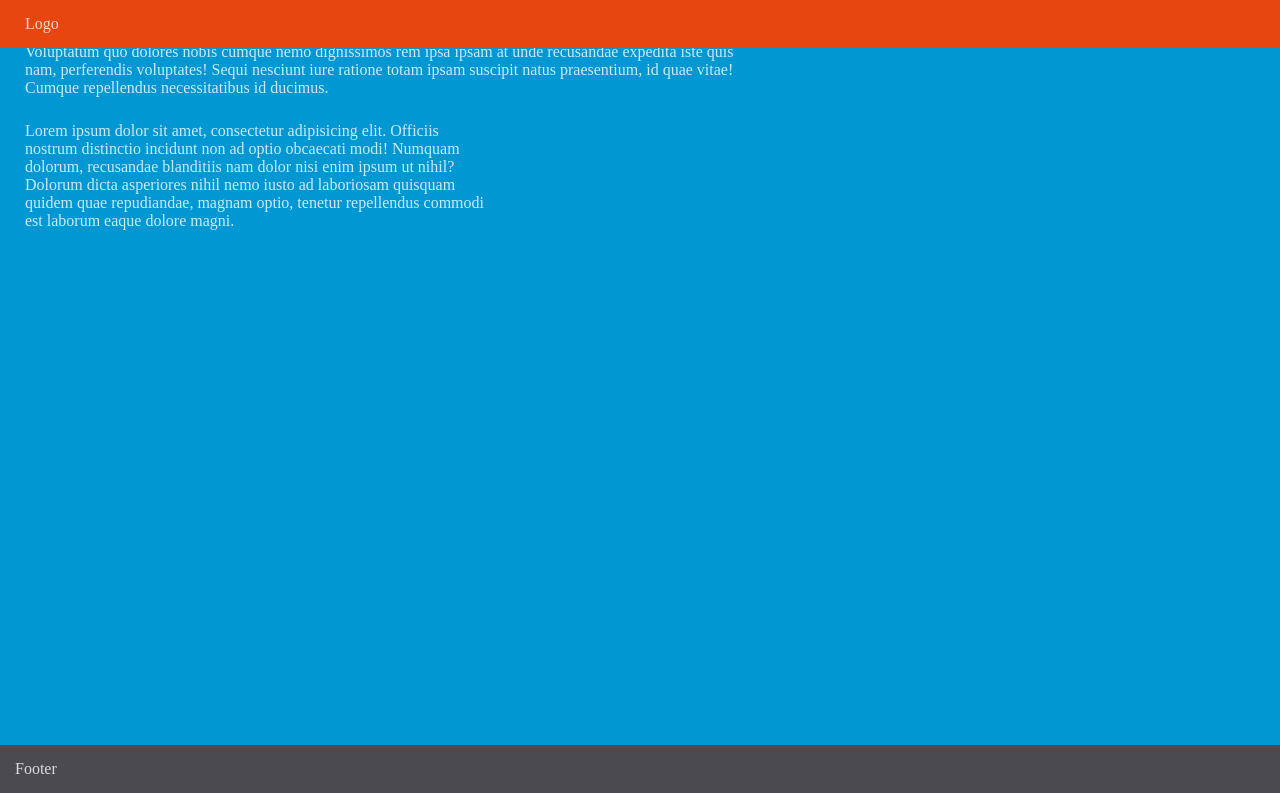
Repository: nitr-am/my-first-responsive-web-design
Page: index.html
The author's editor kept a record of every edit. The page is drawn from the files as they stood at one moment, then again after the next edit.
The browser window is 1280 px wide. The pictures show the whole page.

Above is the page before.

### index.html
<!DOCTYPE html>
<html lang="en">
<head>
    <meta charset="UTF-8">
    <meta name="viewport" content="width=device-width, initial-scale=1.0">
    <meta http-equiv="X-UA-Compatible" content="ie=edge">
    <title>Document</title>
    <link rel="stylesheet" href="main.css" type="text/css" />
</head>
<body>
  <main class="main">
    <header class="header">
        <div class="logo">Logo</div>
    </header>

    <section class="section">
        <article class="article column-60">
            <p class="section-paragraph">
                Lorem ipsum dolor sit amet, consectetur adipisicing elit. Quia, blanditiis soluta labore maxime fugiat. Voluptatum quo dolores nobis cumque nemo dignissimos rem ipsa ipsam at unde recusandae expedita iste quis nam, perferendis voluptates! Sequi nesciunt iure ratione totam ipsam suscipit natus praesentium, id quae vitae! Cumque repellendus necessitatibus id ducimus.
            </p>
        </article>
        <aside class="aside column-40">
            <p class="section-paragraph">
                Lorem ipsum dolor sit amet, consectetur adipisicing elit. Officiis nostrum distinctio incidunt non ad optio obcaecati modi! Numquam dolorum, recusandae blanditiis nam dolor nisi enim ipsum ut nihil? Dolorum dicta asperiores nihil nemo iusto ad laboriosam quisquam quidem quae repudiandae, magnam optio, tenetur repellendus commodi est laborum eaque dolore magni.
            </p>
        </aside>
    </section>

    <footer class="footer">
        Footer
    </footer>
  </main>
</body>
</html>

### main.css
body, html {
    height:100%;
    margin:0;
    color: rgba(255,255,255, .8);
}
.header {
    position: fixed;
    top:0;
    left:0;
    right:0;
    background-color: #e84610;
    padding:15px 25px;
}

.main {
    height:100%;
}
.section {
    background-color: #0097d3;
    height: 100%;
}
.vcenter {
    position: relative;
    top: 50%;
    margin:10px;
    transform: translateY(-50%);
}

.section-paragraph {
    font-size: 1em;
    margin: 25px;
}

.footer {
    background-color: #4a4a4f;
    padding: 15px;
}

@media (min-width: 768px) {
    .column {
        float: left;
    }

    .column-60 {
        width: 60%;
    }
    .column-40 {
        width: 40%;
    }
}

After the next edit:
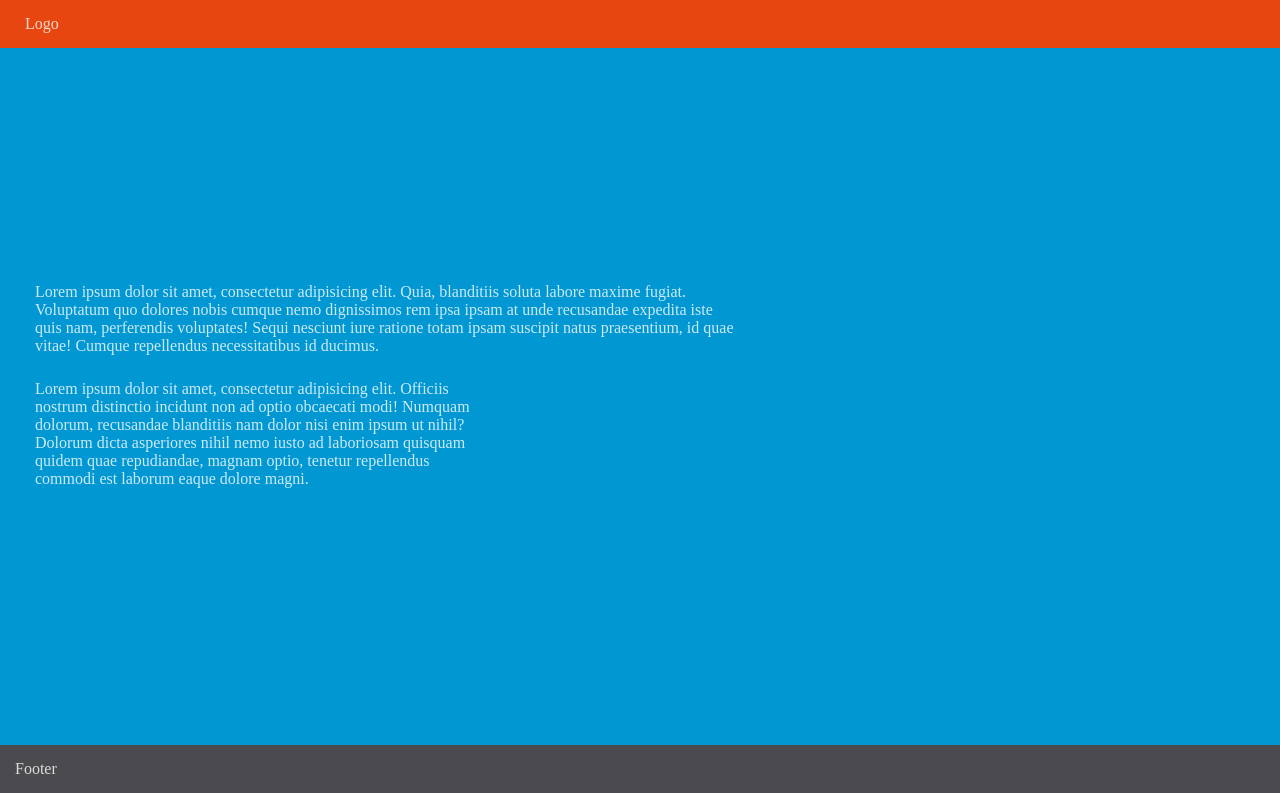
The edit:
--- a/index.html
+++ b/index.html
@@ -14,16 +14,18 @@
     </header>
 
     <section class="section">
-        <article class="article column-60">
-            <p class="section-paragraph">
-                Lorem ipsum dolor sit amet, consectetur adipisicing elit. Quia, blanditiis soluta labore maxime fugiat. Voluptatum quo dolores nobis cumque nemo dignissimos rem ipsa ipsam at unde recusandae expedita iste quis nam, perferendis voluptates! Sequi nesciunt iure ratione totam ipsam suscipit natus praesentium, id quae vitae! Cumque repellendus necessitatibus id ducimus.
-            </p>
-        </article>
-        <aside class="aside column-40">
-            <p class="section-paragraph">
-                Lorem ipsum dolor sit amet, consectetur adipisicing elit. Officiis nostrum distinctio incidunt non ad optio obcaecati modi! Numquam dolorum, recusandae blanditiis nam dolor nisi enim ipsum ut nihil? Dolorum dicta asperiores nihil nemo iusto ad laboriosam quisquam quidem quae repudiandae, magnam optio, tenetur repellendus commodi est laborum eaque dolore magni.
-            </p>
-        </aside>
+        <div class="vcenter">
+            <article class="article column-60">
+                <p class="section-paragraph">
+                    Lorem ipsum dolor sit amet, consectetur adipisicing elit. Quia, blanditiis soluta labore maxime fugiat. Voluptatum quo dolores nobis cumque nemo dignissimos rem ipsa ipsam at unde recusandae expedita iste quis nam, perferendis voluptates! Sequi nesciunt iure ratione totam ipsam suscipit natus praesentium, id quae vitae! Cumque repellendus necessitatibus id ducimus.
+                </p>
+            </article>
+            <aside class="aside column-40">
+                <p class="section-paragraph">
+                    Lorem ipsum dolor sit amet, consectetur adipisicing elit. Officiis nostrum distinctio incidunt non ad optio obcaecati modi! Numquam dolorum, recusandae blanditiis nam dolor nisi enim ipsum ut nihil? Dolorum dicta asperiores nihil nemo iusto ad laboriosam quisquam quidem quae repudiandae, magnam optio, tenetur repellendus commodi est laborum eaque dolore magni.
+                </p>
+            </aside>
+        </div>
     </section>
 
     <footer class="footer">
